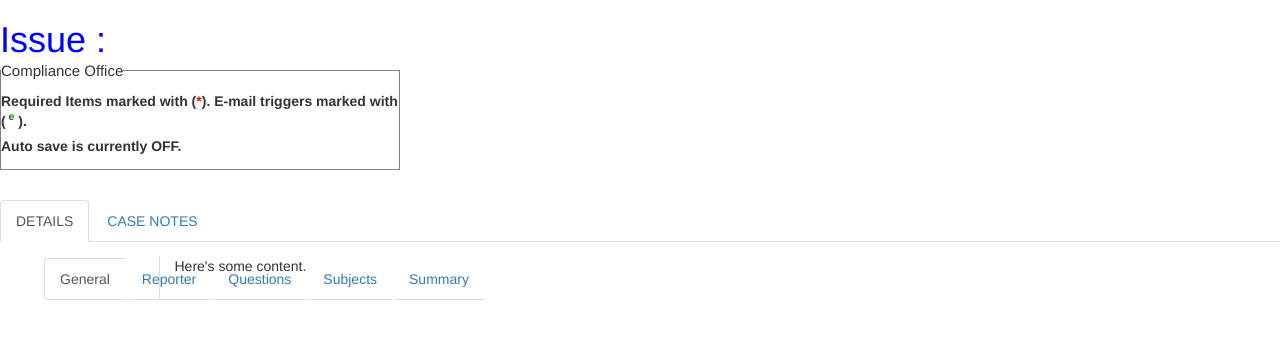
Repository: ManjushaDaram/LibraryPramati
Page: /
An editor plug-in stored every save of this project. The page is shown before and after the next save, followed by the edit.
The browser window is 1280 px wide. The pictures show the whole page.
The project was rebuilt for these pictures with package versions that can differ from the ones it lists, and the page was loaded fresh each time. Also part of the build but not shown: angular.json.

Above is the page before, as saved 2019-04-18 12:28:25.

After the next save:
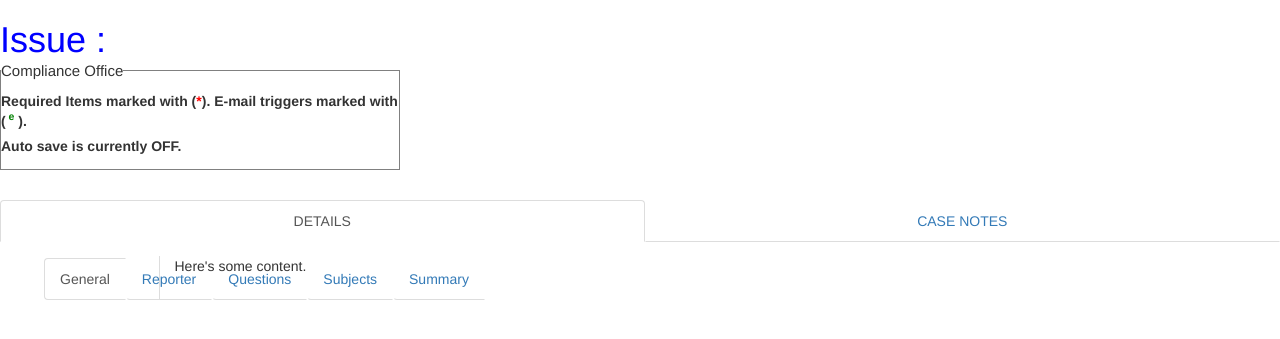
Saved 18 s later.
--- a/src/app/AddIssue/addissue/tabs/tabs.component.ts
+++ b/src/app/AddIssue/addissue/tabs/tabs.component.ts
@@ -4,7 +4,7 @@ import { Tab } from './tab.component';
 @Component({
   selector: 'tabs',
   template:`
-    <ul class="nav nav-tabs">
+    <ul class="nav nav-tabs nav-justified">
       <li *ngFor="let tab of tabs" (click)="selectTab(tab)" [class.active]="tab.active">
         <a href="#">{{tab.title}}</a>
       </li>
